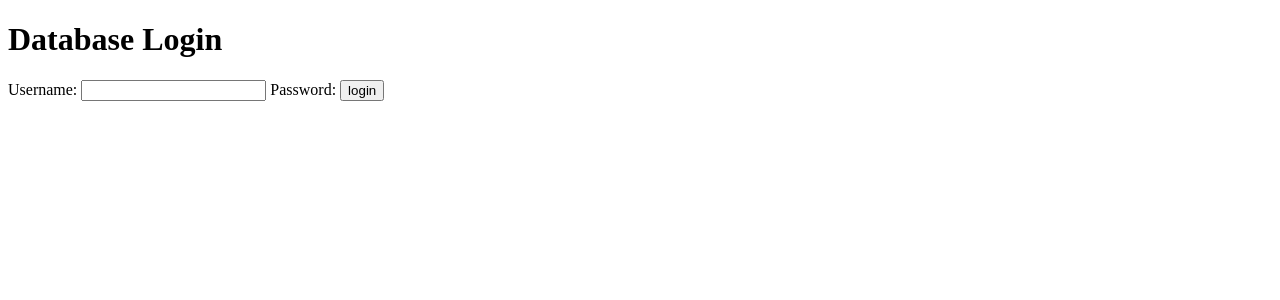
Repository: PeterNicole/JavaEE
Page: http://localhost/NDPTAssn1/Team
An editor plug-in stored every save of this project. The page is shown before and after the next save, followed by the edit.
The browser window is 1280 px wide. The pictures show the whole page.
The page is served by Tomcat 9.

Above is the page before, as saved 2016-06-11 00:23:31.

After the next save:
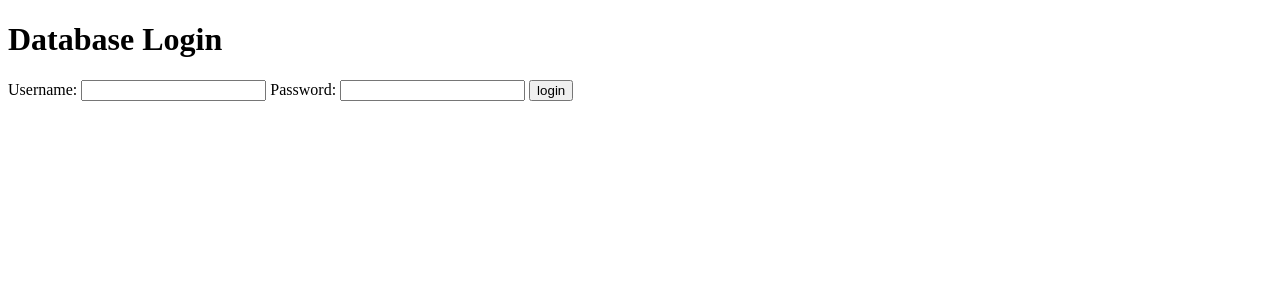
Saved 36 s later.
--- a/NDPTAssn1/WebContent/Login.jsp
+++ b/NDPTAssn1/WebContent/Login.jsp
@@ -14,7 +14,9 @@
 		<input type="text" name="username" />
 
 		<label>Password: </label>
-		<input type="submit" name="password" value="login"/>
+		<input type="text" name="password" />
+
+		<input type="submit" name="login" value="login"/>
 	</form>
 </body>
 </html>
